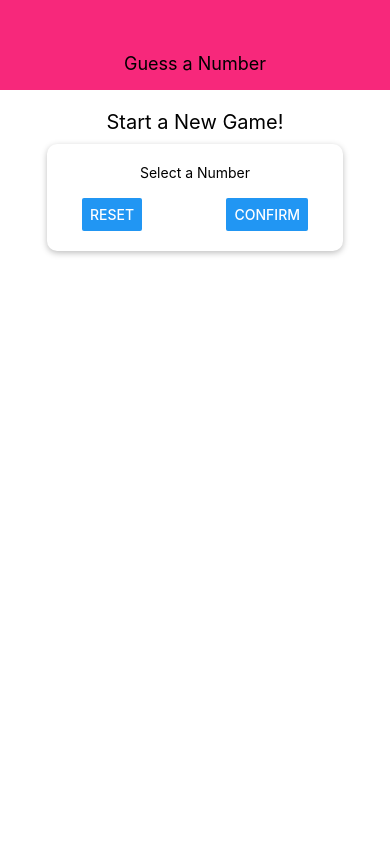
Repository: jes-wd/rn-num-guess
Screen: /
The author's editor kept a copy of each file at every save. The screen is drawn from the files as they stood at one save, then again after the next save.
The app was drawn by React Native's web renderer in a window 390 px wide. The project was rebuilt for these pictures with package versions that can differ from the ones it lists, and the page was loaded fresh each time.

Above is the screen before, as saved 2020-03-21 22:11:52.

After the next save:
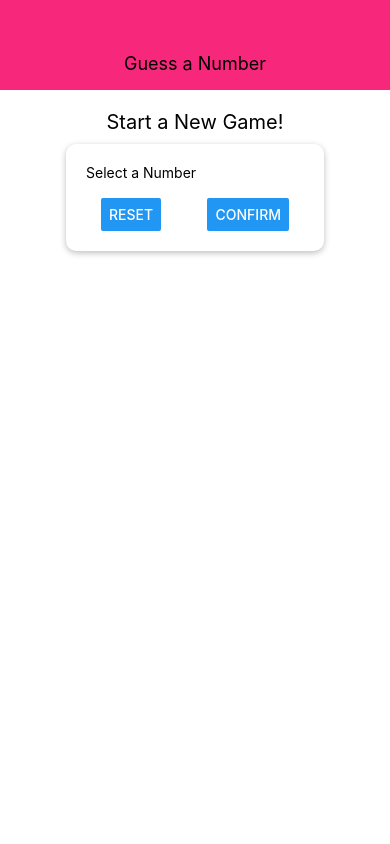
Saved 77 s later.
--- a/screens/StartGameScreen.js
+++ b/screens/StartGameScreen.js
@@ -7,7 +7,7 @@
   return (
     <View style={styles.screen}>
       <Text style={styles.title}>Start a New Game!</Text>
-      <Card style={styles.inputContainer}>
+      <Card>
         <Text>Select a Number</Text>
         <TextInput />
         <View style={styles.buttonContainer}>
@@ -29,11 +29,6 @@
     fontSize: 20,
     marginVertical: 10
   },
-  inputContainer: {
-    width: 300,
-    maxWidth: '80%',
-    alignItems: 'center'
-  },
   buttonContainer: {
     flexDirection: 'row',
     width: '100%',

After the save that followed:
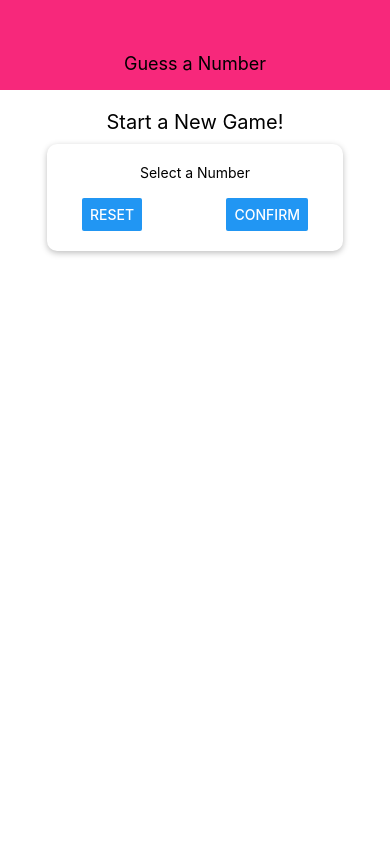
Saved 55 s later.
--- a/screens/StartGameScreen.js
+++ b/screens/StartGameScreen.js
@@ -7,7 +7,7 @@
   return (
     <View style={styles.screen}>
       <Text style={styles.title}>Start a New Game!</Text>
-      <Card>
+      <Card style={styles.inputContainer}>
         <Text>Select a Number</Text>
         <TextInput />
         <View style={styles.buttonContainer}>
@@ -29,6 +29,11 @@
     fontSize: 20,
     marginVertical: 10
   },
+  inputContainer: {
+    width: 300,
+    maxWidth: '80%',
+    alignItems: 'center'
+  },
   buttonContainer: {
     flexDirection: 'row',
     width: '100%',
